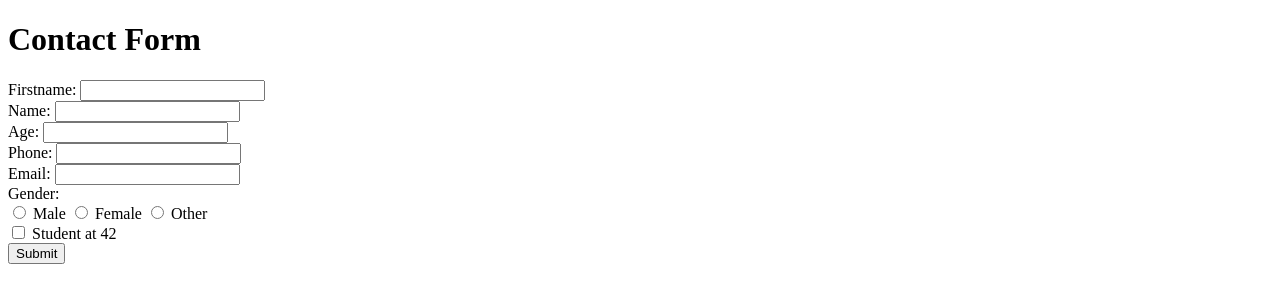
Repository: cronopi/django
Page: Training-Python-Django-0 1/ex02/form.html
The author's editor kept a copy of each file at every save. The page is drawn from the files as they stood at one save, then again after the next save.
The browser window is 1280 px wide. The pictures show the whole page.

Above is the page before, as saved 2026-03-10 13:48:30.

### Training-Python-Django-0 1/ex02/form.html
<!DOCTYPE html>
<html>

<head>
	<meta charset="UTF-8">
	<title>Contact Form</title>
</head>

<body>
	<h1>Contact Form</h1>

	<form>
		<label>Firstname: <input type="text" id="firstname"></label><br>
		<label>Name: <input type="text" id="name"></label><br>
		<label>Age: <input type="number" id="age"></label><br>
		<label>Phone: <input type="tel" id="phone"></label><br>
		<label>Email: <input type="email" id="email"></label><br>
		<label>Gender:</label><br>
		<label><input type="radio" name="gender" id="gender_male" value="Male"> Male</label>
		<label><input type="radio" name="gender" id="gender_female" value="Female"> Female</label>
		<label><input type="radio" name="gender" id="gender_other" value="Other"> Other</label>
		<br>
		<label><input type="checkbox" id="student"> Student at 42</label><br>
		<button onclick="displayFormContents();">Submit</button>
	</form>

	<script src="popup.js"></script>
</body>

</html>

### Training-Python-Django-0 1/ex02/popup.js
function displayFormContents() {

	var out = '';

	out += 'Firstname = ' + document.getElementById('firstname').value + '\n';
	out += 'Name = '      + document.getElementById('name').value      + '\n';
	out += 'Phone = '     + document.getElementById('phone').value     + '\n';
	out += 'Age = '       + document.getElementById('age').value       + '\n';
	out += 'Email = '     + document.getElementById('email').value     + '\n';

	out += 'Gender = ';
	if (document.getElementById('gender_male').checked == true)
		out += document.getElementById('gender_male').value;
	if (document.getElementById('gender_female').checked == true)
		out += document.getElementById('gender_female').value;
	if (document.getElementById('gender_other').checked == true)
		out += document.getElementById('gender_other').value;
	out += '\n';

	if (document.getElementById('student').checked == true)
		out += 'Student at 42 = yes';
	else
		out += 'Student at 42 = no';

	alert(out);

}

After the next save:
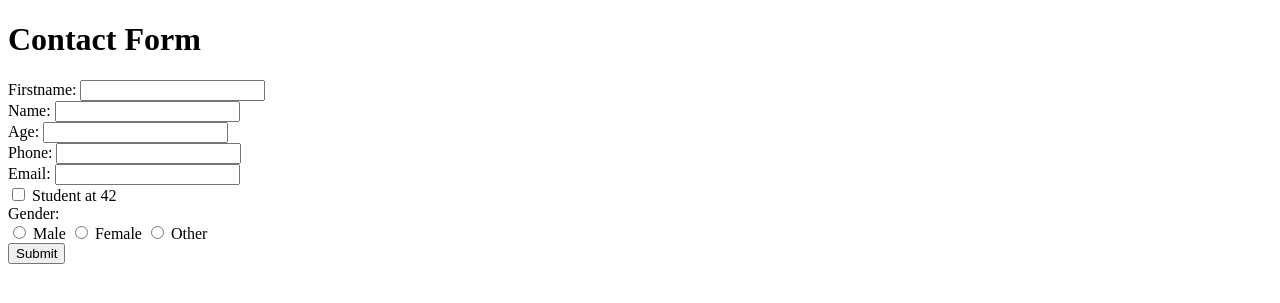
Saved 23 s later.
--- a/Training-Python-Django-0 1/ex02/form.html
+++ b/Training-Python-Django-0 1/ex02/form.html
@@ -15,12 +15,12 @@
 		<label>Age: <input type="number" id="age"></label><br>
 		<label>Phone: <input type="tel" id="phone"></label><br>
 		<label>Email: <input type="email" id="email"></label><br>
+		<label><input type="checkbox" id="student"> Student at 42</label><br>
 		<label>Gender:</label><br>
 		<label><input type="radio" name="gender" id="gender_male" value="Male"> Male</label>
 		<label><input type="radio" name="gender" id="gender_female" value="Female"> Female</label>
 		<label><input type="radio" name="gender" id="gender_other" value="Other"> Other</label>
 		<br>
-		<label><input type="checkbox" id="student"> Student at 42</label><br>
 		<button onclick="displayFormContents();">Submit</button>
 	</form>
 
